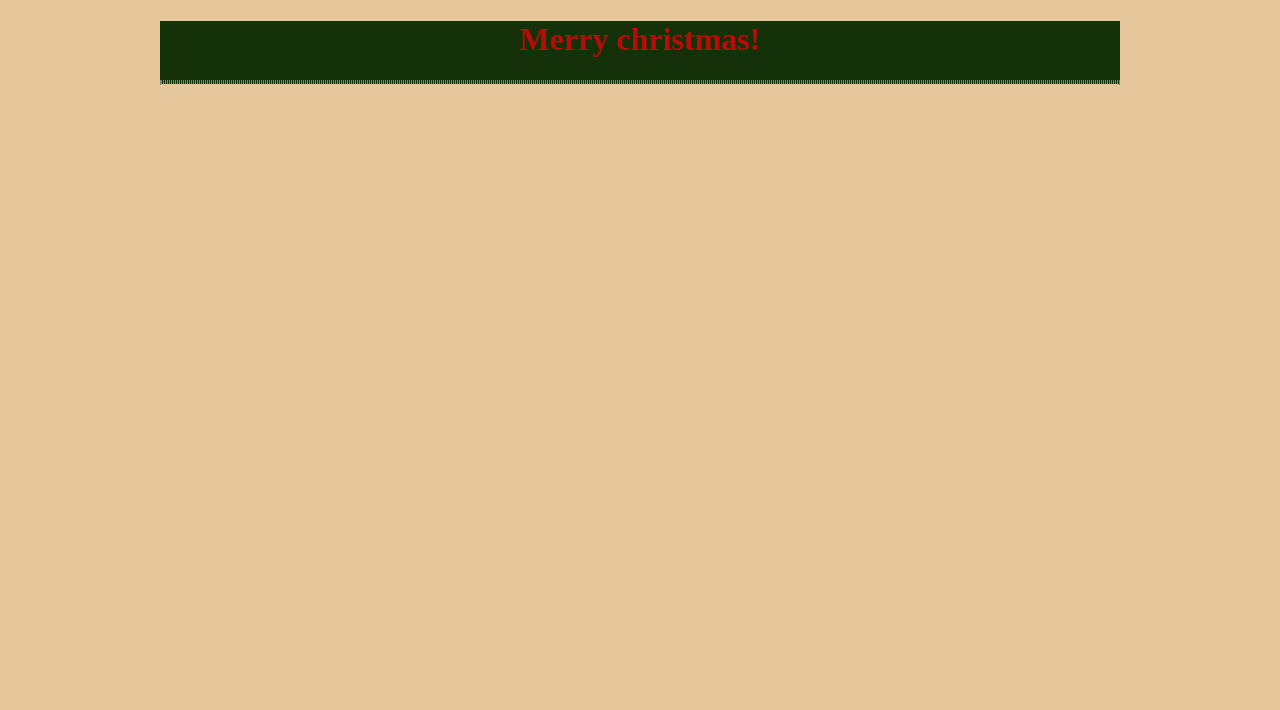
Repository: Angamanga/1dv403-laborationer
Page: 3-gameon/memory/index.html
The author's editor kept a record of every edit. The page is drawn from the files as they stood at one moment, then again after the next edit.
The browser window is 1280 px wide. The pictures show the whole page.
Some web fonts or font styles are not loaded; a fallback is used.

Above is the page before.

After the next edit:
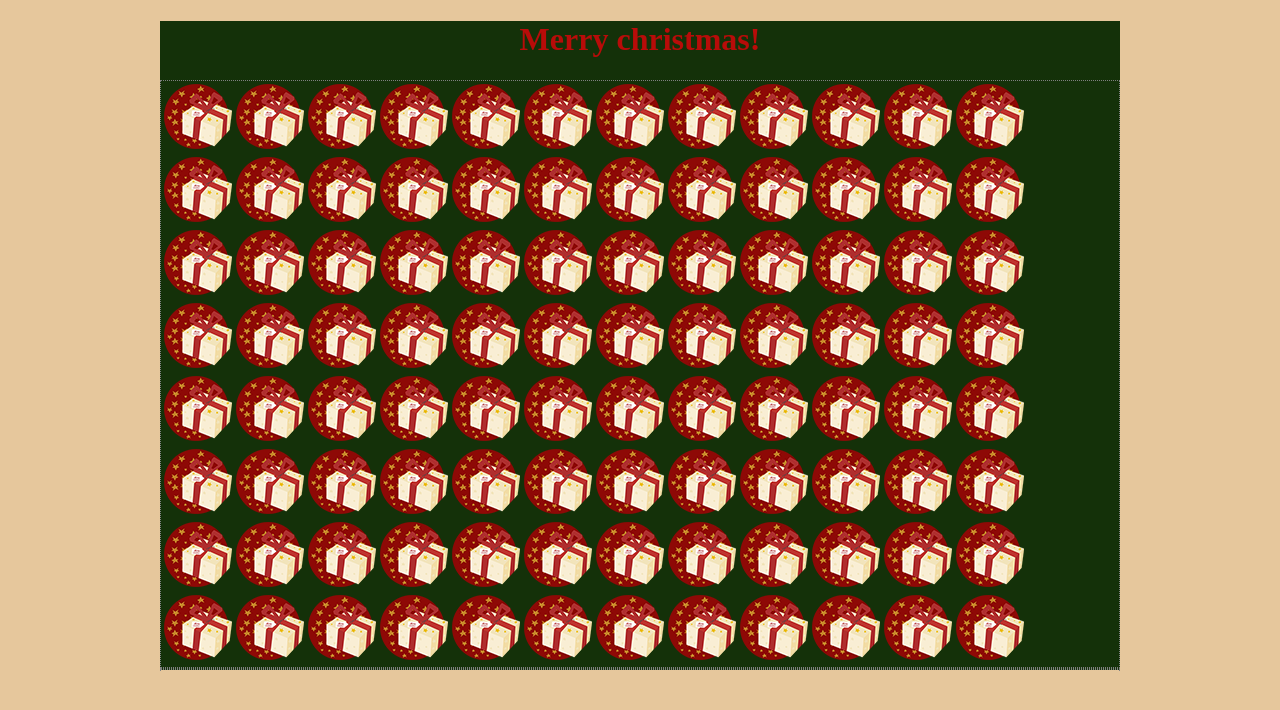
Console error: ReferenceError: Memory is not defined
The edit:
--- a/3-gameon/memory/index.html
+++ b/3-gameon/memory/index.html
@@ -8,9 +8,9 @@
     <link rel="stylesheet" media="screen and (min-width:501px)" href="css/style.css">
     <link rel="stylesheet" media="screen and (max-width:500px)" href="css/mobile.css">
     <meta name="viewport" content="width=device-width, minimum-scale=1">
-    <!--<script src="js/MessageBoard.js"></script>-->
-    <!--<script src="js/message.js"></script>-->
-    <!--<script src="js/script.js"></script>-->
+    <script src="js/random.js"></script>
+    <script src="js/memory.js"></script>
+    <script src="js/script.js"></script>
 
 
 </head>

After the 3 edits that followed:
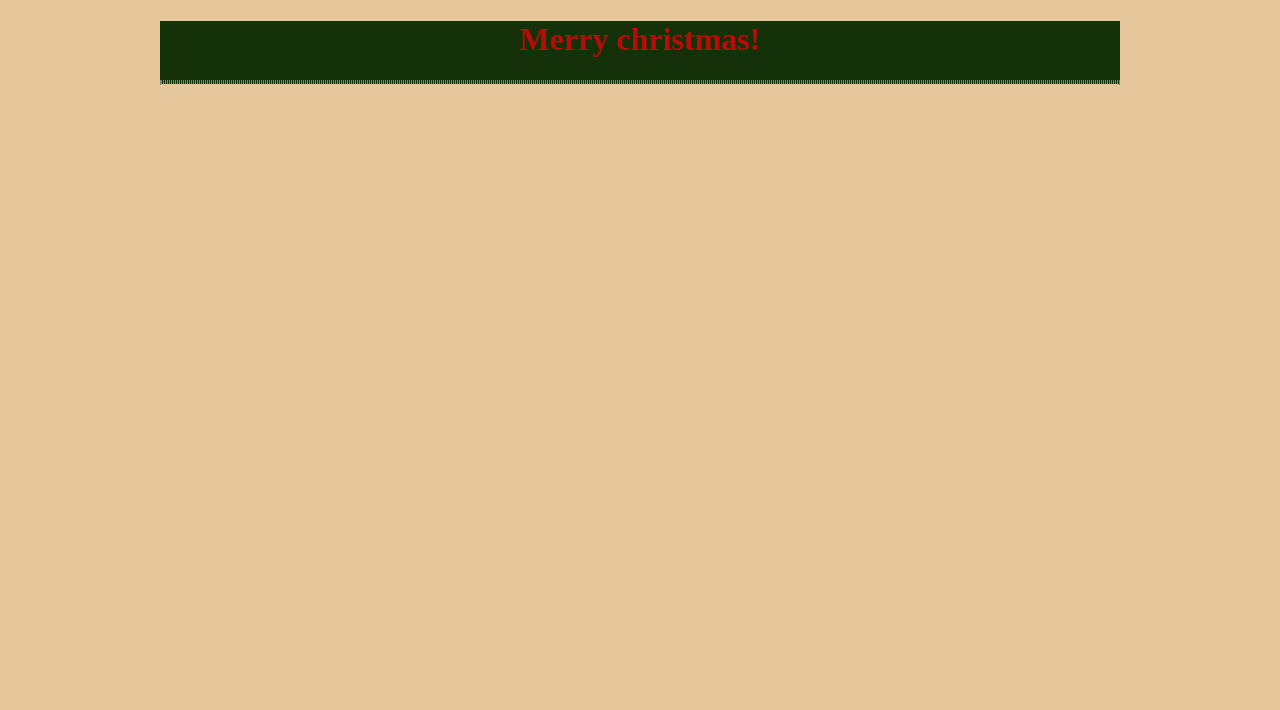
The error is gone.
The 3 edits are shown as one change because 2 left the picture as it was.
The edit:
--- a/3-gameon/memory/index.html
+++ b/3-gameon/memory/index.html
@@ -4,13 +4,11 @@
 <head>
     <meta charset="utf-8" />
     <title>Game On!</title>
-    <link href='http://fonts.googleapis.com/css?family=Mountains+of+Christmas' rel='stylesheet' type='text/css'>
+    <link href='//fonts.googleapis.com/css?family=Mountains+of+Christmas' rel='stylesheet' type='text/css'>
     <link rel="stylesheet" media="screen and (min-width:501px)" href="css/style.css">
     <link rel="stylesheet" media="screen and (max-width:500px)" href="css/mobile.css">
     <meta name="viewport" content="width=device-width, minimum-scale=1">
-    <script src="js/random.js"></script>
-    <script src="js/memory.js"></script>
-    <script src="js/script.js"></script>
+
 
 
 </head>
@@ -19,9 +17,7 @@
     <main>
         <h1>Merry christmas!</h1>
 
-          <!-- Här kommer mitt första memoryspel att köras -->
             <div id="game1"></div>
-        <!-- Här kommer mitt andra memoryspel att köras -->
             <div id="game2"></div>
 
 
